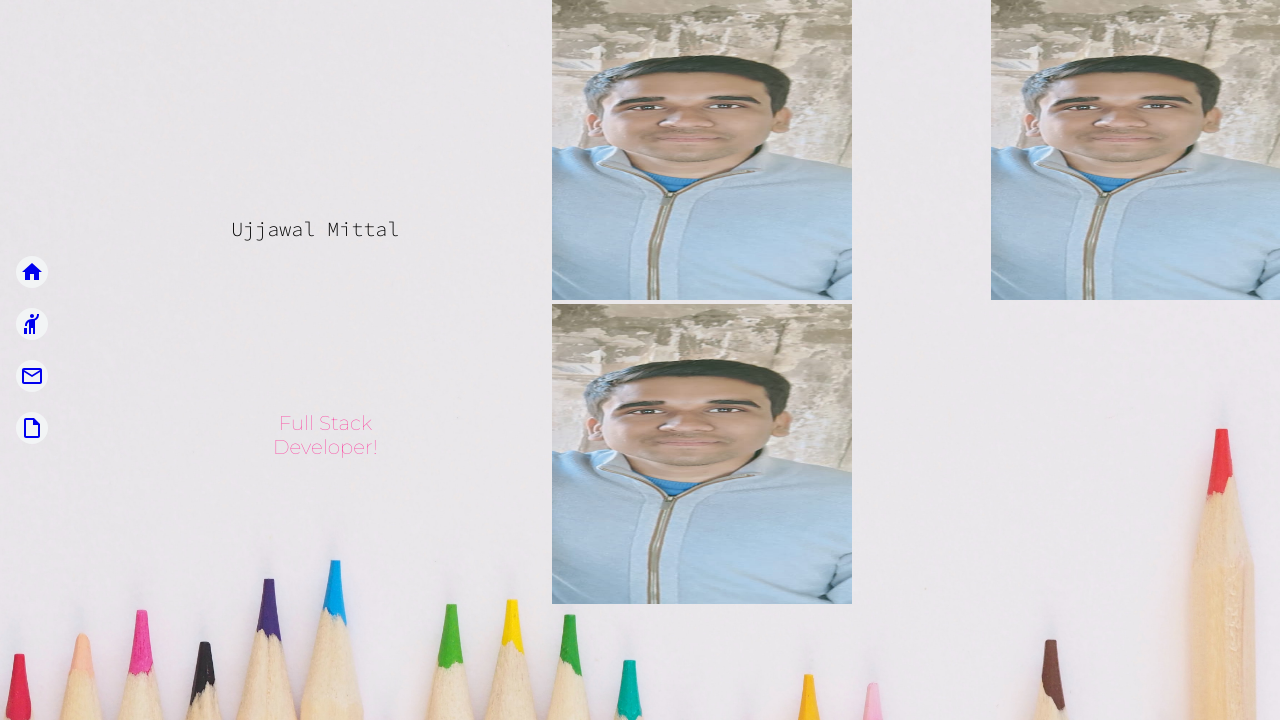
Repository: ujjawalmittal55/portfolio1
Page: /
An editor plug-in stored every save of this project. The page is shown before and after the next save, followed by the edit.
The browser window is 1280 px wide. The pictures show the whole page.
The project was rebuilt for these pictures with package versions that can differ from the ones it lists, and the page was loaded fresh each time. Also part of the build but not shown: src/about.css, src/About.jsx, src/document.css, src/Document.jsx, src/contact.css, src/Contact.jsx.

Above is the page before, as saved 2022-05-09 12:38:50.

### public/index.html
<!DOCTYPE html>
<html lang="en">
  <head>

    <style>
      @import url('https://fonts.googleapis.com/css2?family=Montserrat:ital,wght@0,100;1,100&family=Source+Code+Pro:wght@300&display=swap');
    </style>
    <meta charset="utf-8" />
    <link rel="icon" href="%PUBLIC_URL%/favicon.ico" />
    <meta name="viewport" content="width=device-width, initial-scale=1" />
    <meta name="theme-color" content="#000000" />
    <meta
      name="description"
      content="Web site created using create-react-app"
    />
    <link rel="apple-touch-icon" href="%PUBLIC_URL%/logo192.png" />
    <!--
      manifest.json provides metadata used when your web app is installed on a
      user's mobile device or desktop. See https://developers.google.com/web/fundamentals/web-app-manifest/
    -->
    <link rel="manifest" href="%PUBLIC_URL%/manifest.json" />
    <!--
      Notice the use of %PUBLIC_URL% in the tags above.
      It will be replaced with the URL of the `public` folder during the build.
      Only files inside the `public` folder can be referenced from the HTML.

      Unlike "/favicon.ico" or "favicon.ico", "%PUBLIC_URL%/favicon.ico" will
      work correctly both with client-side routing and a non-root public URL.
      Learn how to configure a non-root public URL by running `npm run build`.
    -->
    <title>React App</title>
  </head>
  <body>
    <noscript>You need to enable JavaScript to run this app.</noscript>
    <div id="root"></div>
    <!--
      This HTML file is a template.
      If you open it directly in the browser, you will see an empty page.

      You can add webfonts, meta tags, or analytics to this file.
      The build step will place the bundled scripts into the <body> tag.

      To begin the development, run `npm start` or `yarn start`.
      To create a production bundle, use `npm run build` or `yarn build`.
    -->
  </body>
</html>

### src/index.tsx
import React from "react";
import ReactDOM from "react-dom/client";
import "./index.css";
import App from "./App";
import Portfolio from "./Portfolio";
import SideBar from "./SideBar";

import reportWebVitals from "./reportWebVitals";
import { BrowserRouter } from "react-router-dom";

const rootElement = document.getElementById("root");
if (!rootElement) throw new Error("Failed to find the root element");
const root = ReactDOM.createRoot(rootElement);
root.render(
  <React.StrictMode>
    <BrowserRouter>
      <Portfolio />
    </BrowserRouter>
  </React.StrictMode>
);

// If you want to start measuring performance in your app, pass a function
// to log results (for example: reportWebVitals(console.log))
// or send to an analytics endpoint. Learn more: https://bit.ly/CRA-vitals
reportWebVitals();

### src/Portfolio.tsx
import React, { Component } from "react";
import { BrowserRouter, Route, Link, Routes } from "react-router-dom";
import Display from "./Display";
import "./homepage.css";
import SideBar from "./SideBar";
import About from "./About";
import Document from "./Document";
import Contact from "./Contact";
function Portfolio() {
  return (
    <div className="Home">
      <div className="sidebar">
        <SideBar />
      </div>
      <div className="main_content">
        <Routes>
          <Route path="/" element={<Display />} />
          <Route path="/about" element={<About />} />
          <Route path="/contact" element={<Contact />} />
          <Route path="/projects" element={<Display />} />
          <Route path="/document" element={<Document />} />
        </Routes>
      </div>
    </div>
  );
}

export default Portfolio;

### src/Display.tsx
import React from "react";
import "./display.css";
import { motion } from "framer-motion";
function Display() {
  return (
    <div className="display">
      <div className="display-div">
        <div className="name">Ujjawal Mittal</div>
        <motion.div
          className="role"
          animate={{ color: "#ff2994", x: 10, y: 10, fontSize: "20px" }}
        >
          Full Stack Developer!
        </motion.div>
      </div>
      <motion.div>
        <img src="/my.jpeg" width="300" height="300" />
        <img src="/my.jpeg" width="300" height="300" />
      </motion.div>
      <motion.img
        whileHover={{ scale: 1.1, rotateZ: 180 }}
        src="/my.jpeg"
        height="300"
        width="300"
      ></motion.img>
    </div>
  );
}

export default Display;

### src/homepage.css
.Home {
  background-image: url("/public/bg.jpg");
  background-size: cover;
  background-repeat: no-repeat;
  display: flex;
}
.main_content {
  flex: 1;
}

### src/SideBar.tsx
import React from "react";
import {
  BrowserRouter as Router,
  Route,
  Link,
  useParams,
  NavLink,
} from "react-router-dom";

import "./sidebar.css";
import HomeIcon from "@mui/icons-material/Home";
import HailIcon from "@mui/icons-material/Hail";
import InsertDriveFileOutlinedIcon from "@mui/icons-material/InsertDriveFileOutlined";
import EmailOutlinedIcon from "@mui/icons-material/EmailOutlined";

function SideBar() {
  return (
    <div>
      <div className="sidebar">
        <ul className="sidebar-items">
          <li className="list">
            <Link to="/">
              <div className="list-div">
                <HomeIcon>home</HomeIcon>
              </div>
            </Link>
          </li>
          <Link to="/about">
            <li className="list">
              <div className="list-div">
                <HailIcon>home</HailIcon>
              </div>
            </li>
          </Link>
          <Link to="/contact">
            <li className="list">
              <div className="list-div">
                <EmailOutlinedIcon>home</EmailOutlinedIcon>
              </div>
            </li>
          </Link>

          <Link to="/document">
            <li className="list">
              <div className="list-div">
                <InsertDriveFileOutlinedIcon>home</InsertDriveFileOutlinedIcon>
              </div>
            </li>
          </Link>
        </ul>
      </div>
    </div>
  );
}

export default SideBar;

### src/display.css
.display {
  display: flex;
  text-align: center;
}
.display-div {
  display: grid;
  justify-content: center;
  margin-top: 30vh;
  margin-left: 12vw;
}
.name {
  font-family: "Source Code Pro", monospace;
  font-size: 1.25em;
}
.role {
  font-family: "Montserrat", monospace;
}

### src/sidebar.css
.sidebar {
  height: 100%;
  /* background-color: rgb(221, 195, 195) */
}
.sidebar {
  height: 100vh;
  display: grid;
  align-items: center;
  text-align: center;
  text-decoration: none;
}
.sidebar-items {
  padding: 0;
  margin: 1em;
}

.list {
  font-size: 1em;
  margin-bottom: 1.25em;
  list-style-type: none;
  text-align: center;
  text-decoration: none;
  padding: auto;
}

.list-div:hover {
  text-decoration: underline;
  transform: scale(1.25);
  background-color: rgb(126, 128, 247);
}

.list-div {
  display: flex;
  justify-content: center;
  align-items: center;
  text-align: center;
  height: 2em;
  width: 2em;
  background-color: rgb(242, 244, 245);
  border-radius: 50%;
  transition-duration: 0.5s;
}

Loaded but not shown: src/index.css (common file); src/reportWebVitals.js (common file)

After the next save:
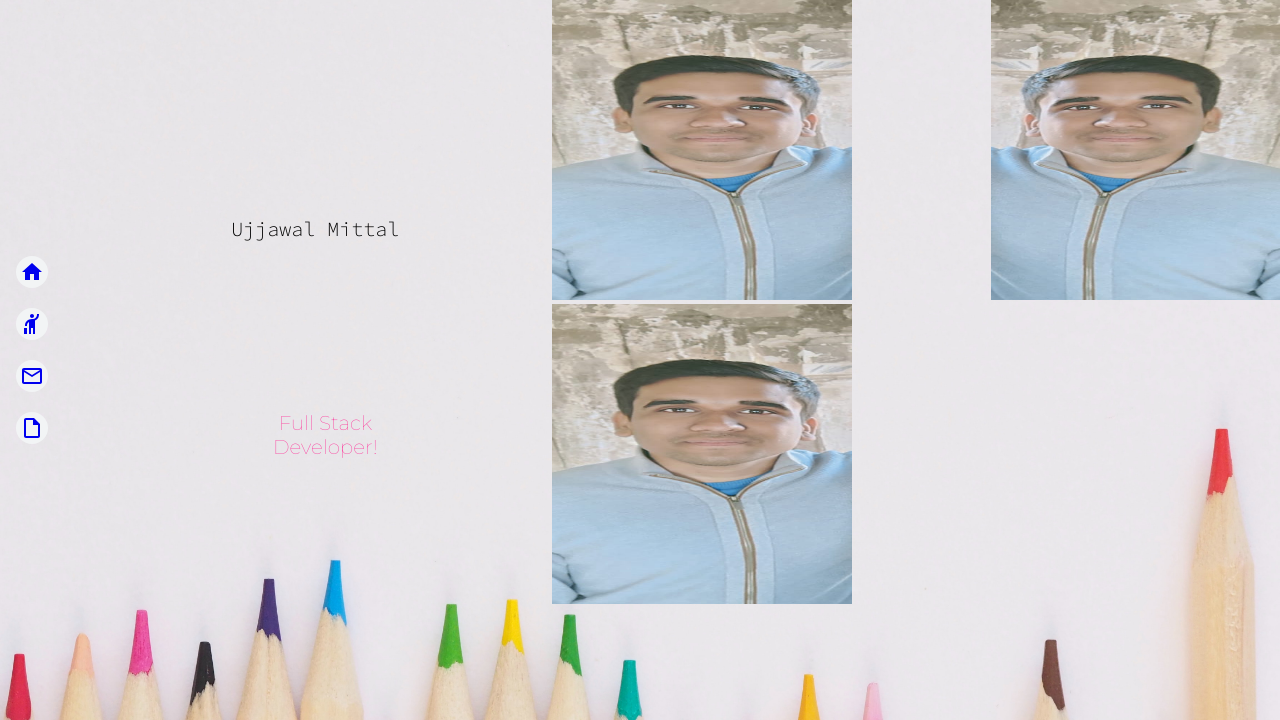
Saved 25 s later.
--- a/src/Display.tsx
+++ b/src/Display.tsx
@@ -13,7 +13,7 @@ function Display() {
           Full Stack Developer!
         </motion.div>
       </div>
-      <motion.div>
+      <motion.div animate={{ rotateY: 180 }}>
         <img src="/my.jpeg" width="300" height="300" />
         <img src="/my.jpeg" width="300" height="300" />
       </motion.div>
